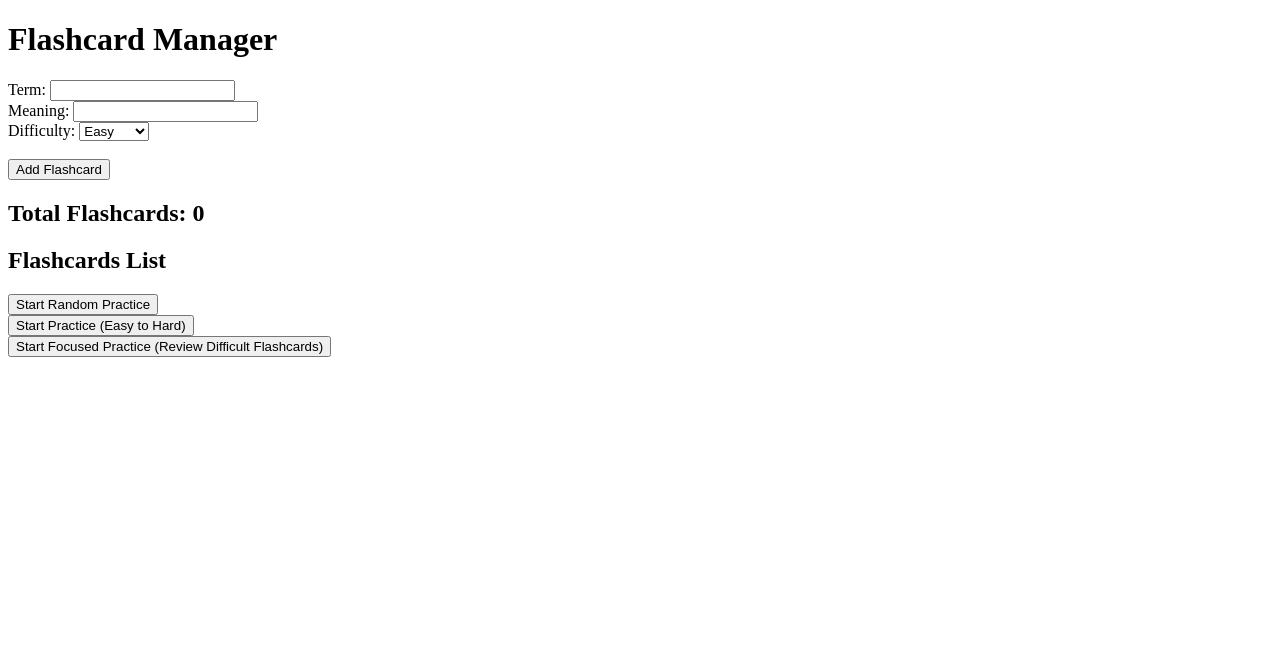
Repository: Oriyin/Algorithm_StudyHelper
Page: http://localhost/flashcards
The author's editor kept a copy of each file at every save. The page is drawn from the files as they stood at one save, then again after the next save.
The browser window is 1280 px wide. The pictures show the whole page.
The page is served by the project's application, run on Flask 3 (backend/app.py). Other server files are loaded and not shown.

Above is the page before, as saved 2024-10-11 14:17:55.

### templates/flashcards.html
<!DOCTYPE html>
<html lang="en">
<head>
    <meta charset="UTF-8">
    <meta name="viewport" content="width=device-width, initial-scale=1.0">
    <title>Flashcards</title>
</head>
<body>
    <h1>Flashcard Manager</h1>

    <!-- Form สำหรับการเพิ่ม flashcard -->
    <form method="POST" action="{{ url_for('manage_flashcards') }}">
        <label for="term">Term:</label>
        <input type="text" name="term" id="term" required><br>

        <label for="meaning">Meaning:</label>
        <input type="text" name="meaning" id="meaning" required><br>

        <!-- Dropdown for selecting difficulty -->
        <label for="difficulty">Difficulty:</label>
        <select name="difficulty" id="difficulty" required>
            <option value="Easy">Easy</option>
            <option value="Medium">Medium</option>
            <option value="Hard">Hard</option>
        </select><br><br>

        <button type="submit">Add Flashcard</button>
    </form>

    <!-- Display total number of flashcards -->
    <h2>Total Flashcards: {{ flashcards|length }}</h2>

    <h2>Flashcards List</h2>
    <ul>
        {% for flashcard in flashcards %}
            <li>{{ flashcard.term }} - {{ flashcard.meaning }} ({{ flashcard.difficulty }})</li>
        {% endfor %}
    </ul>

    <!-- Button to start random practice -->
    <form method="GET" action="{{ url_for('start_practice') }}">
        <button type="submit">Start Random Practice</button>
    </form>

    <!-- Button to start practice sorted by difficulty -->
    <form method="GET" action="{{ url_for('start_practice_by_difficulty') }}">
        <button type="submit">Start Practice (Easy to Hard)</button>
    </form>

    <!-- Button to start reviewing flashcards that need more practice (incorrect_count > 2) -->
    <form method="GET" action="{{ url_for('start_focused_practice') }}">
        <button type="submit">Start Focused Practice (Review Difficult Flashcards)</button>
    </form>
</body>
</html>

### backend/app.py
# app.py

from flask import Flask, request, render_template, redirect, url_for
from algorithm import *

# Initialize the Flask application and specify the template folder
app = Flask(__name__, template_folder="../templates")

# Global variables for storing tasks and notes temporarily
tasks = []
notes = []
task_counter = 0  # A counter to uniquely identify each task

# Route for the home page
@app.route('/')
def home():
    return render_template('index.html')

# Route for managing tasks
@app.route('/tasks', methods=['GET', 'POST'])
def manage_tasks():
    global tasks, task_counter
    if request.method == 'POST':
        task_name = request.form.get('task_name')
        task_description = request.form.get('task_description')
        due_date = request.form.get('due_date')
        priority = int(request.form.get('priority'))

        if task_name and task_description and due_date:
            task_counter += 1  # Increment task counter for each new task
            tasks.append({
                'id': task_counter,  # Assign unique ID to each task
                'name': task_name,
                'description': task_description,
                'dueDate': due_date,
                'priority': priority,
                'completed': False
            })

            # Sort tasks by due date immediately (excluding completed tasks) using Insertion Sort
            tasks = insertion_sort([task for task in tasks if not task['completed']], 'dueDate') + [task for task in tasks if task['completed']]

            print("Updated tasks list:")
            print(tasks)

    todo_tasks = [task for task in tasks if not task['completed']]
    done_tasks = [task for task in tasks if task['completed']]

    return render_template('tasks.html', todo_tasks=todo_tasks, done_tasks=done_tasks, enumerate=enumerate)

# Route for managing notes
@app.route('/notes', methods=['GET', 'POST'])
def manage_notes():
    global notes
    if request.method == 'POST':
        note_title = request.form.get('note_title')
        note_content = request.form.get('note_content')

        if note_title and note_content:
            notes.append({
                'title': note_title,
                'content': note_content
            })
            print("Updated notes list:")
            print(notes)

    return render_template('notes.html', notes=notes, enumerate=enumerate)

# Route to edit a specific note by index
@app.route('/edit_note/<int:index>', methods=['POST'])
def edit_note(index):
    global notes
    new_title = request.form.get('edit_note_title')
    new_content = request.form.get('edit_note_content')

    if new_title and new_content:
        # Update the note with new values
        notes[index]['title'] = new_title
        notes[index]['content'] = new_content
        print("Updated notes list:")
        print(notes)

    return redirect(url_for('manage_notes'))

# Route to delete a specific note by index
@app.route('/delete_note/<int:index>', methods=['POST'])
def delete_note(index):
    global notes
    if index < len(notes):
        notes.pop(index)
        print("Updated notes list:")
        print(notes)
    return redirect(url_for('manage_notes'))

# Route to search through notes using a case-insensitive search with highlighted results
@app.route('/search_notes', methods=['POST'])
def search_notes():
    global notes
    search_pattern = request.form.get('search_pattern').lower()  # Make the search pattern lowercase
    search_results = []

    # Perform case-insensitive search on each note's title and content using naive string search
    for index, note in enumerate(notes):
        title = note['title']
        content = note['content']
        highlighted_content = content

        # Use naive string search to find matches (case-insensitive)
        matches = naive_string_search(content.lower(), search_pattern)  # Perform the search on lowercase text

        # If matches are found, highlight them in the content
        if matches:
            for match_index in matches:
                # Highlight the matched text using HTML <mark> tag
                match = content[match_index:match_index + len(search_pattern)]
                highlighted_content = highlighted_content.replace(match, f"<mark>{match}</mark>")
            search_results.append({
                'index': index,
                'title': title,
                'highlighted_content': highlighted_content
            })

    # If no matches are found, set a message to be displayed
    no_match_message = None
    if not search_results:
        no_match_message = "Don't have any file that match with finding word."

    return render_template('notes.html', notes=notes, search_results=search_results, no_match_message=no_match_message, search_pattern=search_pattern, enumerate=enumerate)

# Route to edit a specific task by index
@app.route('/edit_task/<int:index>', methods=['POST'])
def edit_task(index):
    global tasks
    new_name = request.form.get('edit_name')
    new_description = request.form.get('edit_description')
    new_due_date = request.form.get('edit_due_date')
    new_priority = int(request.form.get('edit_priority'))

    if new_name and new_description and new_due_date:
        # Update the task with new values
        tasks[index]['name'] = new_name
        tasks[index]['description'] = new_description
        tasks[index]['dueDate'] = new_due_date
        tasks[index]['priority'] = new_priority
        print("Updated tasks list:")
        print(tasks)

    # Re-sort tasks by due date immediately after editing using Insertion Sort
    tasks = insertion_sort([task for task in tasks if not task['completed']], 'dueDate') + [task for task in tasks if task['completed']]

    return redirect(url_for('manage_tasks'))

# Route to toggle a task's completion status using its unique ID
@app.route('/toggle_completed/<int:task_id>', methods=['POST'])
def toggle_completed(task_id):
    global tasks
    for task in tasks:
        if task['id'] == task_id:
            task['completed'] = not task['completed']
            print("Updated tasks list:")
            print(tasks)
            break
    # Re-sort the tasks to ensure they are in the correct order
    tasks = insertion_sort([task for task in tasks if not task['completed']], 'dueDate') + [task for task in tasks if task['completed']]
    return redirect(url_for('manage_tasks'))

# Route to delete a task by its unique ID
@app.route('/delete_task/<int:task_id>', methods=['POST'])
def delete_task(task_id):
    global tasks
    tasks = [task for task in tasks if task['id'] != task_id]
    print("Updated tasks list:")
    print(tasks)
    return redirect(url_for('manage_tasks'))

# Route to sort tasks by due date using Merge Sort
@app.route('/sort_by_due_date', methods=['POST'])
def sort_by_due_date():
    global tasks
    incomplete_tasks = [task for task in tasks if not task['completed']]
    # Use merge_sort to sort the incomplete tasks by 'dueDate'
    tasks = merge_sort(incomplete_tasks, 'dueDate') + [task for task in tasks if task['completed']]
    print("Updated tasks list:")
    print(tasks)
    return redirect(url_for('manage_tasks'))

# Route to sort tasks by priority
@app.route('/sort_by_priority', methods=['POST'])
def sort_by_priority():
    global tasks
    incomplete_tasks = [task for task in tasks if not task['completed']]
    tasks = counting_sort(incomplete_tasks, 'priority') + [task for task in tasks if task['completed']]
    print("Updated tasks list:")
    print(tasks)
    return redirect(url_for('manage_tasks'))

# Route to sort tasks by both due date and priority
@app.route('/sort_by_both', methods=['POST'])
def sort_by_both():
    global tasks
    incomplete_tasks = [task for task in tasks if not task['completed']]
    tasks = heap_sort(incomplete_tasks, 'dueDate', 'priority') + [task for task in tasks if task['completed']]
    print("Updated tasks list:")
    print(tasks)
    return redirect(url_for('manage_tasks'))

# Global variable to store flashcards
flashcards = []

@app.route('/flashcards', methods=['GET', 'POST'])
def manage_flashcards():
    global flashcards
    if request.method == 'POST':
        term = request.form.get('term')
        meaning = request.form.get('meaning')
        difficulty = request.form.get('difficulty')  # Capture the difficulty level

        # Create a new flashcard with 'incorrect_count' initialized to 0 and difficulty level
        new_flashcard = {'term': term, 'meaning': meaning, 'difficulty': difficulty, 'incorrect_count': 0}

        # Use the uniqueness testing function to avoid duplicates
        if uniqueness_testing(flashcards, new_flashcard):
            print("Flashcard added successfully!")
        else:
            print("Duplicate term found! Flashcard not added.")

    # Render the flashcards page with the flashcards list and total number
    return render_template('flashcards.html', flashcards=flashcards, enumerate=enumerate)

# Route to start flashcard practice (randomizes flashcards before starting)
@app.route('/start_practice', methods=['GET'])
def start_practice():
    global flashcards
    # Randomize flashcards before starting practice
    flashcards = random_flashcards(flashcards)
    return redirect(url_for('practice_flashcard', index=0))

@app.route('/practice_flashcard/<int:index>', methods=['GET', 'POST'])
def practice_flashcard(index):
    global flashcards
    if index >= len(flashcards):
        # If the index is out of range, redirect to the practice completion page
        return redirect(url_for('practice_completed'))

    if request.method == 'POST':
        # Check if the answer was correct or not
        is_correct = request.form.get('is_correct') == 'true'
        if not is_correct:
            flashcards[index]['incorrect_count'] += 1

        # Move to the next flashcard
        next_index = index + 1
        if next_index < len(flashcards):
            return redirect(url_for('practice_flashcard', index=next_index))
        else:
            return redirect(url_for('practice_completed'))

    # Render the current flashcard for practice
    flashcard = flashcards[index]
    return render_template('practice_flashcard.html', flashcard=flashcard, index=index)

@app.route('/practice_completed')
def practice_completed():
    global flashcards

    # Group flashcards based on incorrect_count
    low_threshold = 1
    grouped_flashcards = divide_and_conquer_flashcards(flashcards, low_threshold)

    # Separate correct and incorrect flashcards for the result page
    correct_flashcards = [fc for fc in grouped_flashcards if fc['incorrect_count'] == 0]
    incorrect_flashcards = [fc for fc in grouped_flashcards if fc['incorrect_count'] > 0]

    # Show the result in terms of high-priority (incorrect more often) and low-priority flashcards
    return render_template('practice_completed.html', correct_flashcards=correct_flashcards, incorrect_flashcards=incorrect_flashcards)

@app.route('/practice_again_random', methods=['GET'])
def practice_again_random():
    global flashcards
    flashcards = random_flashcards(flashcards)  # แบบสุ่มสำหรับ practice
    print("Flashcards randomized")
    return redirect(url_for('practice_flashcard', index=0))

@app.route('/practice_again_easy_to_hard', methods=['GET'])
def practice_again_easy_to_hard():
    global flashcards
    flashcards = counting_sortflash(flashcards, 'difficulty')  # เรียงจากง่ายไปยาก
    print("Flashcards sorted from Easy to Hard")
    return redirect(url_for('practice_flashcard', index=0))

@app.route('/start_practice_by_difficulty', methods=['GET'])
def start_practice_by_difficulty():
    global flashcards

    if len(flashcards) == 0:
        # Redirect to the flashcards management page if there are no flashcards
        return redirect(url_for('manage_flashcards'))

    # Sort flashcards by difficulty in the order of Easy -> Medium -> Hard
    flashcards = counting_sortflash(flashcards, 'difficulty')

    return redirect(url_for('practice_flashcard', index=0))

@app.route('/start_focused_practice', methods=['GET'])
def start_focused_practice():
    global flashcards, flashcards_to_practice

    # Filter flashcards where incorrect_count > 2
    flashcards_to_practice = [fc for fc in flashcards if fc['incorrect_count'] > 2]

    # ตรวจสอบว่ามี flashcards ที่จะฝึกไหม
    if len(flashcards_to_practice) == 0:
        # ถ้าไม่มี flashcards ที่ผิดเกิน 2 ครั้ง ให้กลับไปยังหน้า flashcard management
        return redirect(url_for('manage_flashcards'))

    # Start practice with the filtered flashcards
    return redirect(url_for('practice_focused_flashcards', index=0))

@app.route('/practice_focused_flashcards/<int:index>', methods=['GET', 'POST'])
def practice_focused_flashcards(index):
    global flashcards_to_practice

    if index >= len(flashcards_to_practice):
        # If all flashcards are practiced, go to the completion page
        return redirect(url_for('focused_practice_completed'))

    if request.method == 'POST':
        # Check if the user answered the flashcard correctly
        is_correct = request.form.get('is_correct') == 'true'
        if is_correct:
            # Only remove the flashcard if it was answered correctly
            flashcards_to_practice.pop(index)

        # After removing or marking the flashcard, adjust index if necessary
        if len(flashcards_to_practice) > 0 and index >= len(flashcards_to_practice):
            index = len(flashcards_to_practice) - 1

        # If no flashcards remain, go to the completion page
        if len(flashcards_to_practice) == 0:
            return redirect(url_for('focused_practice_completed'))

        # After the user answers, redirect to the next flashcard
        return redirect(url_for('practice_focused_flashcards', index=index))

    # Display the current flashcard for practice
    flashcard = flashcards_to_practice[index]
    return render_template('practice_focused_flashcards.html', flashcard=flashcard, index=index)

@app.route('/focused_practice_completed')
def focused_practice_completed():
    global flashcards_to_practice, flashcards

    # Calculate how many flashcards are left to review
    flashcards_left = len(flashcards_to_practice)

    # If practice is completed (no more flashcards left to review), reset incorrect_count to 0 for all flashcards
    if flashcards_left == 0:
        for fc in flashcards:
            fc['incorrect_count'] = 0  # Reset incorrect_count to 0 for all flashcards

    # Render the result page and pass flashcards_left to the template
    return render_template('focused_practice_completed.html', flashcards_left=flashcards_left)

# Run the Flask server
if __name__ == "__main__":
    app.run(debug=True)
    print(tasks)
    print(notes)

### backend/static/flashstyle.css
/* General Styles */
body, html {
    margin: 0;
    padding: 0;
    font-family: Arial, sans-serif;
    background-color: #f9f9f9;
    color: #333;
}

.container {
    width: 80%;
    margin: 50px auto;
    text-align: center;
}

/* Title Styling */
h1, h2 {
    color: #1abc9c;
}

/* Flashcard Form Styles */
form {
    margin: 20px 0;
    text-align: left;
}

input, select {
    width: 90%;
    padding: 10px;
    margin: 10px 0;
    border: 1px solid #ccc;
    border-radius: 5px;
}

button {
    padding: 10px 20px;
    font-size: 1em;
    border: none;
    background-color: #1abc9c;
    color: white;
    border-radius: 5px;
    cursor: pointer;
    transition: background-color 0.3s ease;
}

button:hover {
    background-color: #16a085;
}

/* Flashcards List */
.task-columns {
    display: flex;
    justify-content: center;
    flex-wrap: wrap;
}

.todo-column {
    width: 100%;
    background-color: #ecf0f1;
    padding: 20px;
    margin: 20px 0;
    border-radius: 8px;
    box-shadow: 0 0 10px rgba(0, 0, 0, 0.1);
}

li {
    list-style: none;
    padding: 10px;
    border-bottom: 1px solid #ccc;
    margin: 5px 0;
}

li strong {
    color: #2c3e50;
}

.btn {
    background-color: #1abc9c;
    color: white;
    padding: 10px 20px;
    text-decoration: none;
    border-radius: 5px;
    margin: 10px;
    display: inline-block;
    transition: background-color 0.3s ease;
}

.btn:hover {
    background-color: #16a085;
}

/* Container for buttons */
.button-container {
    margin: 20px 0;
}

After the next save:
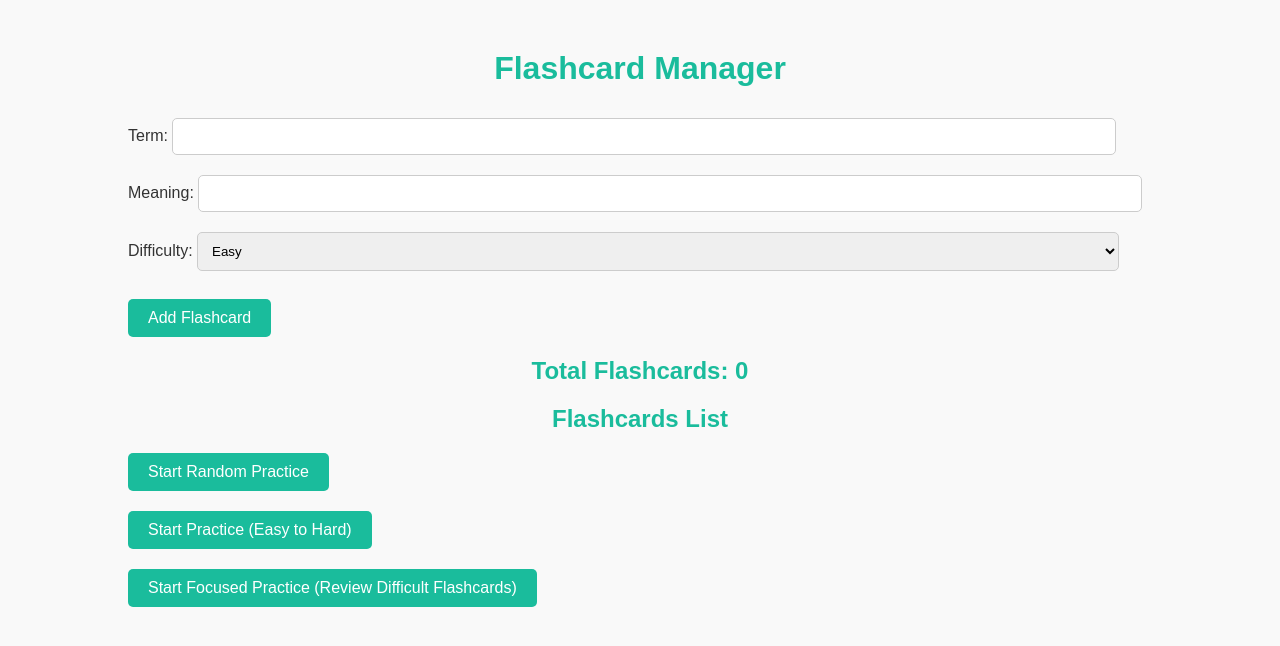
Saved 54 s later.
--- a/templates/flashcards.html
+++ b/templates/flashcards.html
@@ -4,52 +4,56 @@
     <meta charset="UTF-8">
     <meta name="viewport" content="width=device-width, initial-scale=1.0">
     <title>Flashcards</title>
+    <!-- ลิงก์ไฟล์ CSS -->
+    <link rel="stylesheet" type="text/css" href="{{ url_for('static', filename='flashstyle.css') }}">
 </head>
 <body>
-    <h1>Flashcard Manager</h1>
+    <div class="container">
+        <h1>Flashcard Manager</h1>
 
-    <!-- Form สำหรับการเพิ่ม flashcard -->
-    <form method="POST" action="{{ url_for('manage_flashcards') }}">
-        <label for="term">Term:</label>
-        <input type="text" name="term" id="term" required><br>
+        <!-- Form สำหรับการเพิ่ม flashcard -->
+        <form method="POST" action="{{ url_for('manage_flashcards') }}">
+            <label for="term">Term:</label>
+            <input type="text" name="term" id="term" required><br>
 
-        <label for="meaning">Meaning:</label>
-        <input type="text" name="meaning" id="meaning" required><br>
+            <label for="meaning">Meaning:</label>
+            <input type="text" name="meaning" id="meaning" required><br>
 
-        <!-- Dropdown for selecting difficulty -->
-        <label for="difficulty">Difficulty:</label>
-        <select name="difficulty" id="difficulty" required>
-            <option value="Easy">Easy</option>
-            <option value="Medium">Medium</option>
-            <option value="Hard">Hard</option>
-        </select><br><br>
+            <!-- Dropdown for selecting difficulty -->
+            <label for="difficulty">Difficulty:</label>
+            <select name="difficulty" id="difficulty" required>
+                <option value="Easy">Easy</option>
+                <option value="Medium">Medium</option>
+                <option value="Hard">Hard</option>
+            </select><br><br>
 
-        <button type="submit">Add Flashcard</button>
-    </form>
+            <button type="submit">Add Flashcard</button>
+        </form>
 
-    <!-- Display total number of flashcards -->
-    <h2>Total Flashcards: {{ flashcards|length }}</h2>
+        <!-- Display total number of flashcards -->
+        <h2>Total Flashcards: {{ flashcards|length }}</h2>
 
-    <h2>Flashcards List</h2>
-    <ul>
-        {% for flashcard in flashcards %}
-            <li>{{ flashcard.term }} - {{ flashcard.meaning }} ({{ flashcard.difficulty }})</li>
-        {% endfor %}
-    </ul>
+        <h2>Flashcards List</h2>
+        <ul>
+            {% for flashcard in flashcards %}
+                <li>{{ flashcard.term }} - {{ flashcard.meaning }} ({{ flashcard.difficulty }})</li>
+            {% endfor %}
+        </ul>
 
-    <!-- Button to start random practice -->
-    <form method="GET" action="{{ url_for('start_practice') }}">
-        <button type="submit">Start Random Practice</button>
-    </form>
+        <!-- Button to start random practice -->
+        <form method="GET" action="{{ url_for('start_practice') }}">
+            <button type="submit">Start Random Practice</button>
+        </form>
 
-    <!-- Button to start practice sorted by difficulty -->
-    <form method="GET" action="{{ url_for('start_practice_by_difficulty') }}">
-        <button type="submit">Start Practice (Easy to Hard)</button>
-    </form>
+        <!-- Button to start practice sorted by difficulty -->
+        <form method="GET" action="{{ url_for('start_practice_by_difficulty') }}">
+            <button type="submit">Start Practice (Easy to Hard)</button>
+        </form>
 
-    <!-- Button to start reviewing flashcards that need more practice (incorrect_count > 2) -->
-    <form method="GET" action="{{ url_for('start_focused_practice') }}">
-        <button type="submit">Start Focused Practice (Review Difficult Flashcards)</button>
-    </form>
+        <!-- Button to start reviewing flashcards that need more practice (incorrect_count > 2) -->
+        <form method="GET" action="{{ url_for('start_focused_practice') }}">
+            <button type="submit">Start Focused Practice (Review Difficult Flashcards)</button>
+        </form>
+    </div>
 </body>
 </html>
